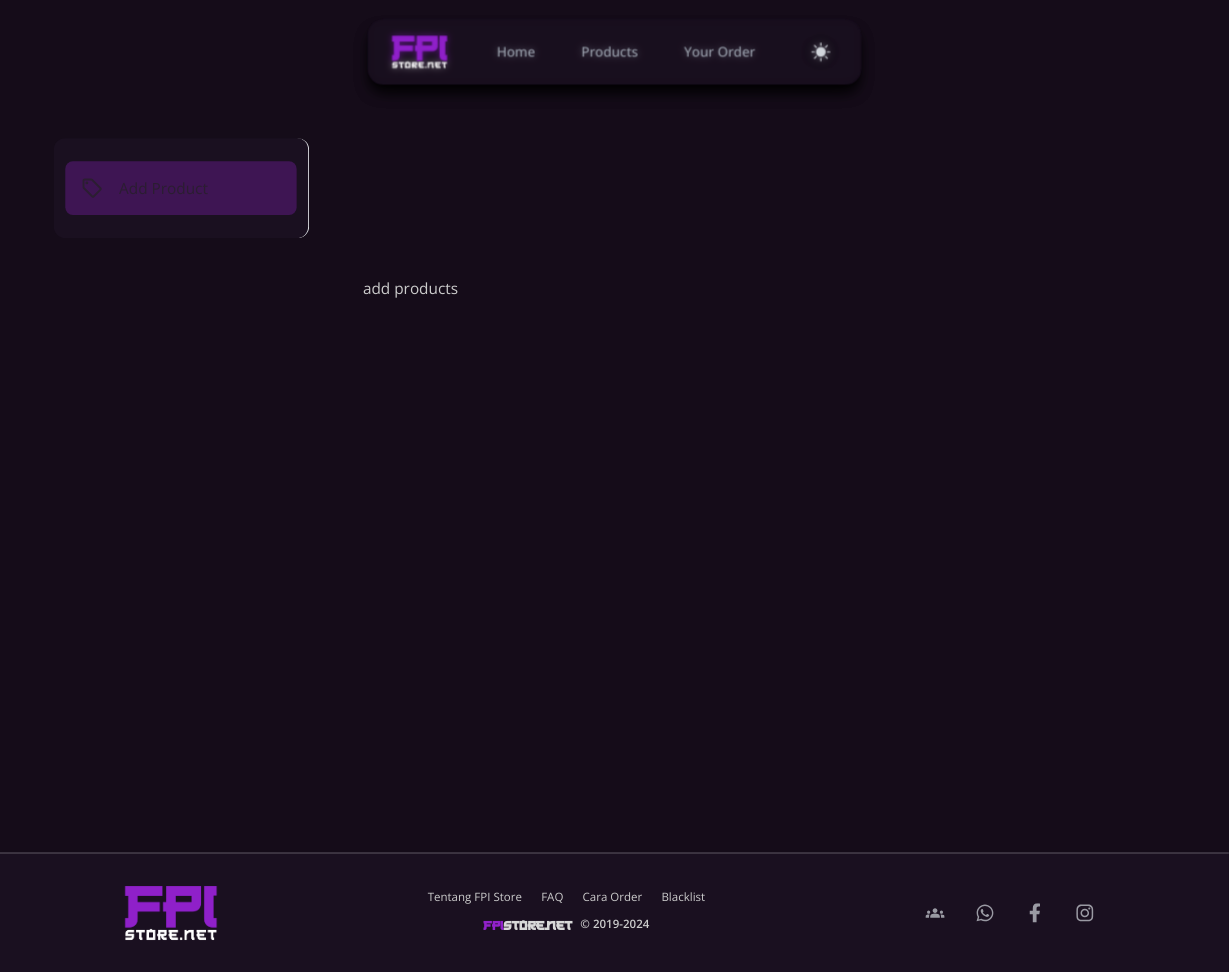
Repository: rezzadtyp/fpistore.net
Page: /dashboard/add-products
An editor plug-in stored every save of this project. The page is shown before and after the next save, followed by the edit.
The browser window is 1280 px wide. The pictures show the whole page, at 96% of full size.
The project was rebuilt for these pictures with package versions that can differ from the ones it lists, and the page was loaded fresh each time. The framework's server and built-in components were replaced by stand-ins that run in the browser. Also part of the build but not shown: next.config.mjs, components/shared/Loading.tsx.

Above is the page before, as saved 2024-08-14 16:37:39.

After the next save:
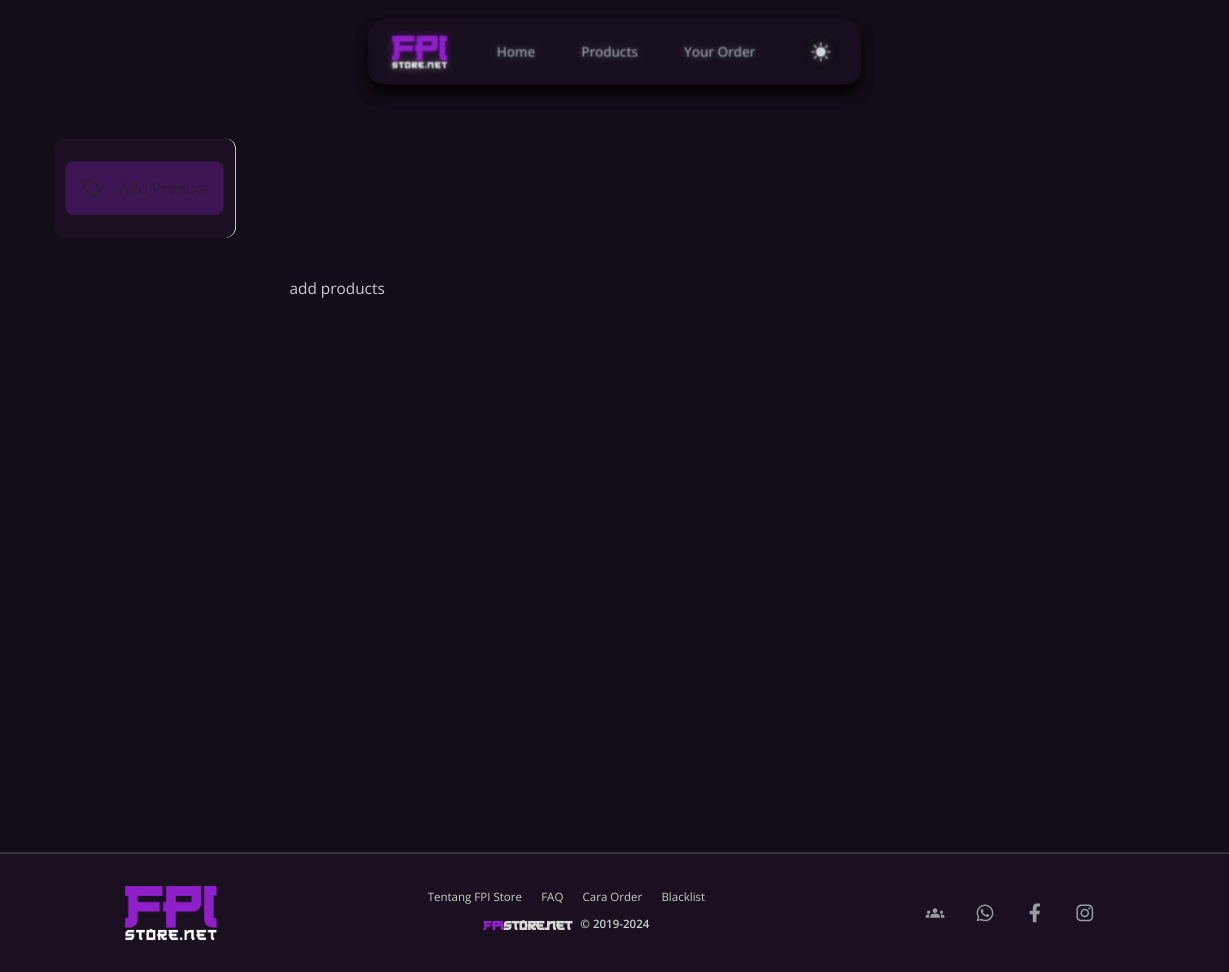
Saved 18 s later.
--- a/components/shared/LeftSidebar.tsx
+++ b/components/shared/LeftSidebar.tsx
@@ -7,7 +7,7 @@ import { MdOutlineSell } from "react-icons/md"
 
 const LeftSidebar = () => {
   return (
-    <section className='custom-scrollbar py-6 bg-light-200 dark:bg-dark-600 light-border rounded-xl sticky h-fit left-0 top-0 flex w-fit flex-col justify-between  overflow-y-auto border-r p-3 shadow-black/20 shadow-xl dark:shadow-none max-sm:hidden lg:w-[266px]'>
+    <section className='custom-scrollbar py-6 bg-light-200 dark:bg-dark-600 light-border rounded-xl sticky h-fit left-0 top-0 flex w-fit flex-col justify-between  overflow-y-auto border-r p-3 shadow-black/20 shadow-xl dark:shadow-none max-sm:hidden lg:w-fit'>
       <div className='flex flex-1 flex-col gap-6 '>
         {/* masih static */}
         <button
